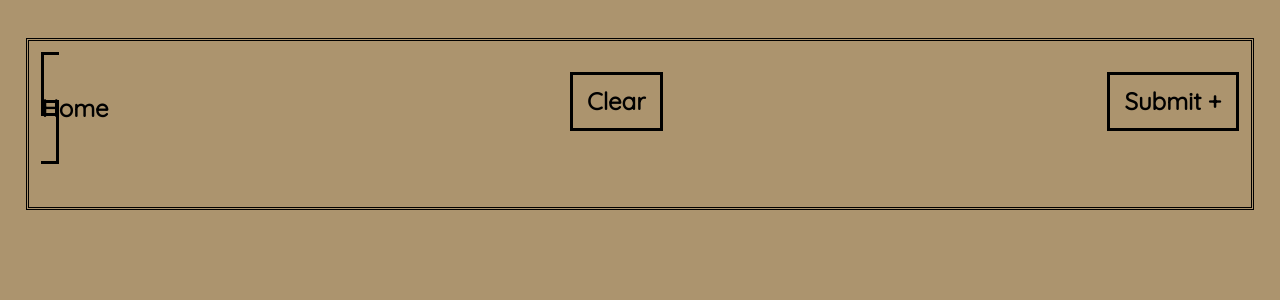
Repository: rickypcyt/ricky-react-portfolio
Page: /WebMural
An editor plug-in stored every save of this project. The page is shown before and after the next save, followed by the edit.
The browser window is 1280 px wide. The pictures show the whole page.
The project was rebuilt for these pictures with package versions that can differ from the ones it lists, and the page was loaded fresh each time. Also part of the build but not shown: src/Content.js, src/pages/Info.js, src/pages/Projects.js, src/pages/Contact.js, src/pages/NotesJS.js.

Above is the page before, as saved 2022-09-12 14:55:26.

### src/index.js
import React from "react";
import ReactDOM from "react-dom/client";
import "./index.css";
import App from "./App";
import reportWebVitals from "./reportWebVitals";
import { BrowserRouter, Routes, Route, Switch } from "react-router-dom";

const root = ReactDOM.createRoot(document.getElementById("root"));
root.render(
  <React.StrictMode>
    <BrowserRouter>
      <App />
    </BrowserRouter>
  </React.StrictMode>
);

// If you want to start measuring performance in your app, pass a function
// to log results (for example: reportWebVitals(console.log))
// or send to an analytics endpoint. Learn more: https://bit.ly/CRA-vitals
reportWebVitals();

### src/index.css
@import url("https://fonts.googleapis.com/css2?family=Quicksand");

input[type="file"] {
  display: none;
}
.container {
  top: 0%;
  left: 0%;
}
::marker {
  display: none;
}
.image-container {
  width: 100%;
  margin: auto;
  display: flex;
  flex-direction: row;
  justify-content: space-evenly;
  gap: 15px;
  padding: 10px;
}
body {
  line-height: 1;
  font-family: "Quicksand";
  font-size: large;
  margin: 2%;
  padding: 1%;
  border-style: double;
  margin-top: 3%;
  background: #ac946e;
}
ol {
  list-style: none;
  display: flex;
  padding: 0;
  justify-content: space-between;
  align-items: flex-start;
  display: flex;
  flex-wrap: wrap;
  align-content: center;
}
.content {
  position: absolute;
  right: calc(var(--pad) * 2);
  bottom: calc(var(--pad) * 2);
  white-space: nowrap;
}
.parrafo {
  line-height: 1.5;
  text-align: end;
  font-size: larger;
}
.parrafo span {
  display: block;
}
.titulo {
  margin: 0;
}
.oli {
  font-weight: bold;
  border-style: solid;
  font-size: x-large;
  padding: 1ch;
}
.descripcion {
  font-weight: lighter;
  font-style: oblique;
}
.oli:hover {
  color: black;
  border-style: dotted;
}
.page {
  padding-top: 2%;
  padding-bottom: 3%;
}
.pageContact {
  padding-top: 8%;
  padding-bottom: 9%;
}
.cabeceranavi {
  padding-bottom: 1%;
}
p {
  font-weight: bold;
}
a {
  color: black;
  text-decoration: none;
  padding: 0ch;
}
span {
  font-size: larger;
}
li {
  width: 7%;
  height: 10%;
}
ul {
  list-style-type: none;
  margin: 0%;
  display: flex;
  align-items: center;
  flex-direction: row;
  padding-top: 5%;
  padding-bottom: 5%;
  padding-left: 0%;
  justify-content: space-around;
}
.imagenes {
  display: block;
  height: auto;
  width: auto;
  padding-top: 5%;
  padding-bottom: 5%;
}

.imagenesproyect {
  position: relative;
}
.fixer {
  display: flex;
  flex-direction: row;
  justify-content: space-evenly;
  padding-bottom: 3%;
}
.overlay {
  position: absolute;
  top: 0.83cm;

  background: rgb(0, 0, 0);
  background: rgb(2, 0.3, 0.9, 0.6); /* Black see-through */
  color: #f1f1f1;
  width: 100%;
  transition: 0.5s ease;
  color: white;
  text-align: center;
  font-size: 20px;
  padding-top: 20px;
  padding-bottom: 20px;
  opacity: 0;
}
.imagenesproyect:hover .overlay {
  opacity: 1;
}
.overlay2 {
  position: absolute;
  bottom: 8%;
  background: rgb(0, 0, 0);
  background: rgba(40, 40, 40, 0.6); /* Black see-through */
  color: #f1f1f1;
  width: 100%;
  transition: 0.5s ease;
  color: white;
  text-align: center;
  font-size: 20px;
  padding-top: 20px;
  padding-bottom: 20px;
  opacity: 0;
}
.imagenesproyect:hover .overlay2 {
  opacity: 1;
}

.homeinfo {
  font-size: x-large;
}

@media screen and (max-width: 1340px) {
  .fixer {
    flex-direction: column;
    justify-content: center;
  }
  .imagenes {
    height: auto;
    width: 100%;
  }
  ol {
  }
}

.image-container {
  width: auto;
  margin: auto;
  /* display: flex; */
  flex-wrap: wrap;
  gap: 15px;
  padding: 10px;
}

.image-container img {
  max-width: 100%;
  max-height: 225px;
}

.container .image-container .image {
  border: 4px solid black;
  overflow: hidden;
  /* cursor: pointer; */
}

.container .image-container .image img {
  height: 100%;
  width: 100%;
}
@media (max-width: 700px) {
  .image-container img {
    max-height: -10px;
  }
}

.image:hover {
  transform: scale(1.15); /* (150% zoom - Note: if the zoom is too large, it will go outside of the viewport) */
}

.oli:hover {
  transform: scale(1.15); /* (150% zoom - Note: if the zoom is too large, it will go outside of the viewport) */
}

### src/App.js
import Content from "./Content";
import Info from "./pages/Info";
import Projects from "./pages/Projects";
import Contact from "./pages/Contact";
import WebMural from "./pages/WebMural";
import NotesJS from "./pages/NotesJS";
import { Route, Routes, Switch } from "react-router-dom";

function App() {
  return (
    <>
      <Routes>
        <Route path="/" element={<Content />}/>
        <Route path="/Projects" element={<Projects />} />
        <Route path="/Info" element={<Info />} />
        <Route path="/Contact" element={<Contact />} />
        <Route path="/WebMural" element={<WebMural />} />
        <Route path="/NotesJS" element={<NotesJS />} />
      </Routes>
    </>
  );
}
export default App;

### src/pages/WebMural.js
import React, { useState } from "react";

import { Link, useMatch, useResolvedPath } from "react-router-dom";

const UploadAndDisplayImage = () => {
  const [selectedFiles, setSelectedFiles] = useState([]);
  const handleImageChange = (e) => {
    setSelectedFiles([]);
    if (e.target.files) {
      const filesArray = Array.from(e.target.files).map((file) =>
        URL.createObjectURL(file)
      );
      setSelectedFiles((prevImages) => prevImages.concat(filesArray));
      Array.from(e.target.files).map((file) => URL.revokeObjectURL(file));
    }
  };

  const renderPhotos = (source) => {
    return source.map((photo) => {
      return (
        <div class="container">
          <figure class="image-container">
            <img className="image" src={photo} alt="" key={photo} />
          </figure>
        </div>
      );
    });
  };

  return (
    <main>
      <nav className="cabeceranavi">
        <ol>
          <CustomLink to="/" className="oli">
            <div>Home</div>
          </CustomLink>
          <nav className="oli" onClick={() => handleImageChange(null)}>
            Clear
          </nav>
          <label for="upload-button">
            <nav>
              <input
                type="file"
                id="upload-button"
                multiple="multiple"
                accept="image/*"
                onChange={handleImageChange}
              />
              <div class="oli"> Submit + </div>
            </nav>
          </label>
        </ol>
      </nav>
      {selectedFiles && (
        <div className="paddingimxd">
          <div class="image-container">{renderPhotos(selectedFiles)}</div>
        </div>
      )}
    </main>
  );
};

export default UploadAndDisplayImage;

function CustomLink({ to, children, ...props }) {
  const resolvedPath = useResolvedPath(to);
  const isActive = useMatch({ path: resolvedPath.pathname, end: true });
  return (
    <li className={isActive ? "active" : ""}>
      <Link to={to} {...props}>
        {children}
      </Link>
    </li>
  );
}

Loaded but not shown: public/index.html (common file); src/reportWebVitals.js (common file)

After the next save:
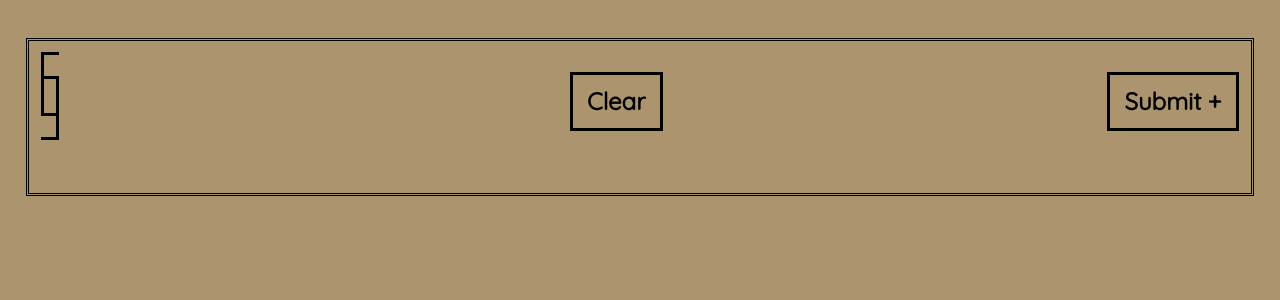
Saved 5 s later.
--- a/src/pages/WebMural.js
+++ b/src/pages/WebMural.js
@@ -32,7 +32,7 @@ const UploadAndDisplayImage = () => {
       <nav className="cabeceranavi">
         <ol>
           <CustomLink to="/" className="oli">
-            <div>Home</div>
+            <div></div>
           </CustomLink>
           <nav className="oli" onClick={() => handleImageChange(null)}>
             Clear
